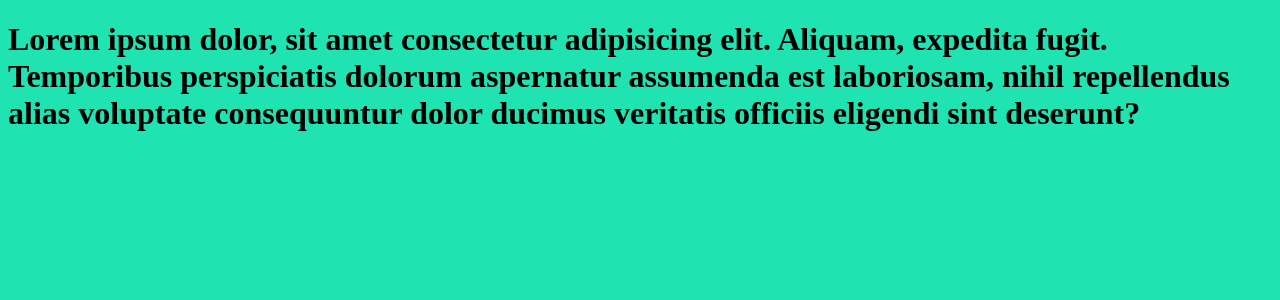
Repository: ducquanpham/covid-test_sass
Page: sass/index.html
The author's editor kept a copy of each file at every save. The page is drawn from the files as they stood at one save, then again after the next save.
The browser window is 1280 px wide. The pictures show the whole page.

Above is the page before, as saved 2021-11-11 15:50:15.

### sass/index.html
<!DOCTYPE html>
<html lang="en">
<head>
    <meta charset="UTF-8">
    <meta http-equiv="X-UA-Compatible" content="IE=edge">
    <meta name="viewport" content="width=device-width, initial-scale=1.0">
    <title>COVID-19 </title>
    <link rel="stylesheet" href="./style.css">
    <link rel="stylesheet" href="./reset.css">
    <link rel="stylesheet" href="./style.css.map">
</head>
<body>
    <div class="ab">

        <h1 class="a">
            Lorem ipsum dolor, sit amet consectetur adipisicing elit. Aliquam, expedita fugit. Temporibus perspiciatis dolorum aspernatur assumenda est laboriosam, nihil repellendus alias voluptate consequuntur dolor ducimus veritatis officiis eligendi sint deserunt?
        </h1>
    </div>
</body>
</html>

### sass/style.css
body {
  background-color: #20e3b2;
}

Loaded but not shown: sass/reset.css (no stored copy; drawn as an empty file)

After the next save:
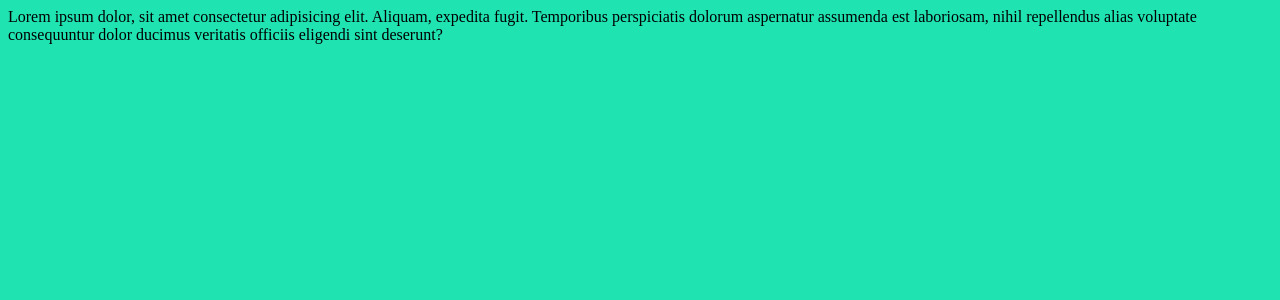
Saved 17 s later.
--- a/sass/index.html
+++ b/sass/index.html
@@ -12,9 +12,9 @@
 <body>
     <div class="ab">
 
-        <h1 class="a">
+        <div class="a">
             Lorem ipsum dolor, sit amet consectetur adipisicing elit. Aliquam, expedita fugit. Temporibus perspiciatis dolorum aspernatur assumenda est laboriosam, nihil repellendus alias voluptate consequuntur dolor ducimus veritatis officiis eligendi sint deserunt?
-        </h1>
+        </div>
     </div>
 </body>
 </html>
